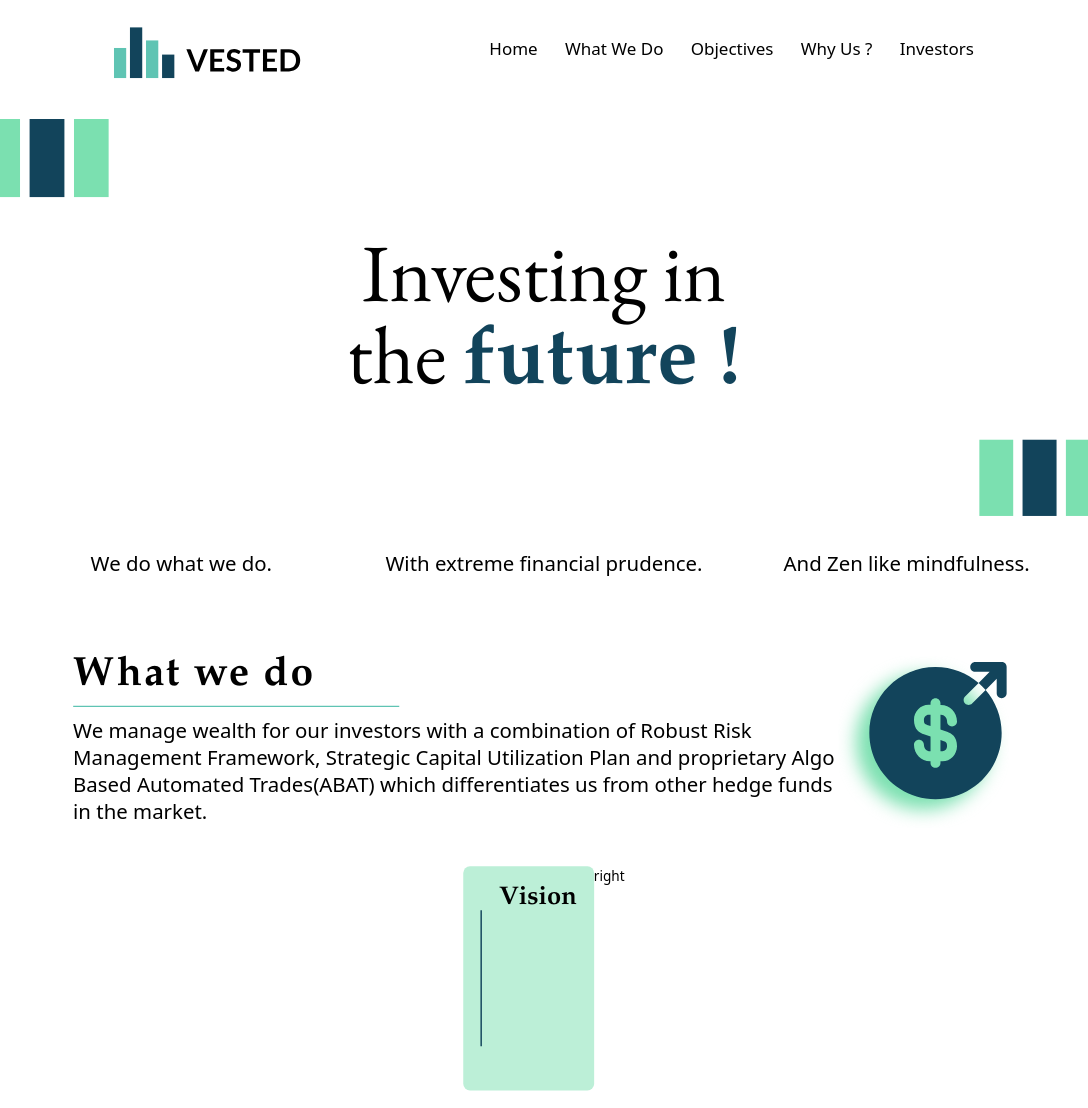
Repository: husainmamuwala/TippingPointsFinancial
Page: /
The author's editor kept a copy of each file at every save. The page is drawn from the files as they stood at one save, then again after the next save.
The browser window is 1280 px wide. The pictures show the whole page, at 85% of full size.
The project was rebuilt for these pictures with package versions that can differ from the ones it lists, and the page was loaded fresh each time. The framework's server and built-in components were replaced by stand-ins that run in the browser. Also part of the build but not shown: next.config.js.

Above is the page before, as saved 2022-10-15 18:53:00.

After the next save:
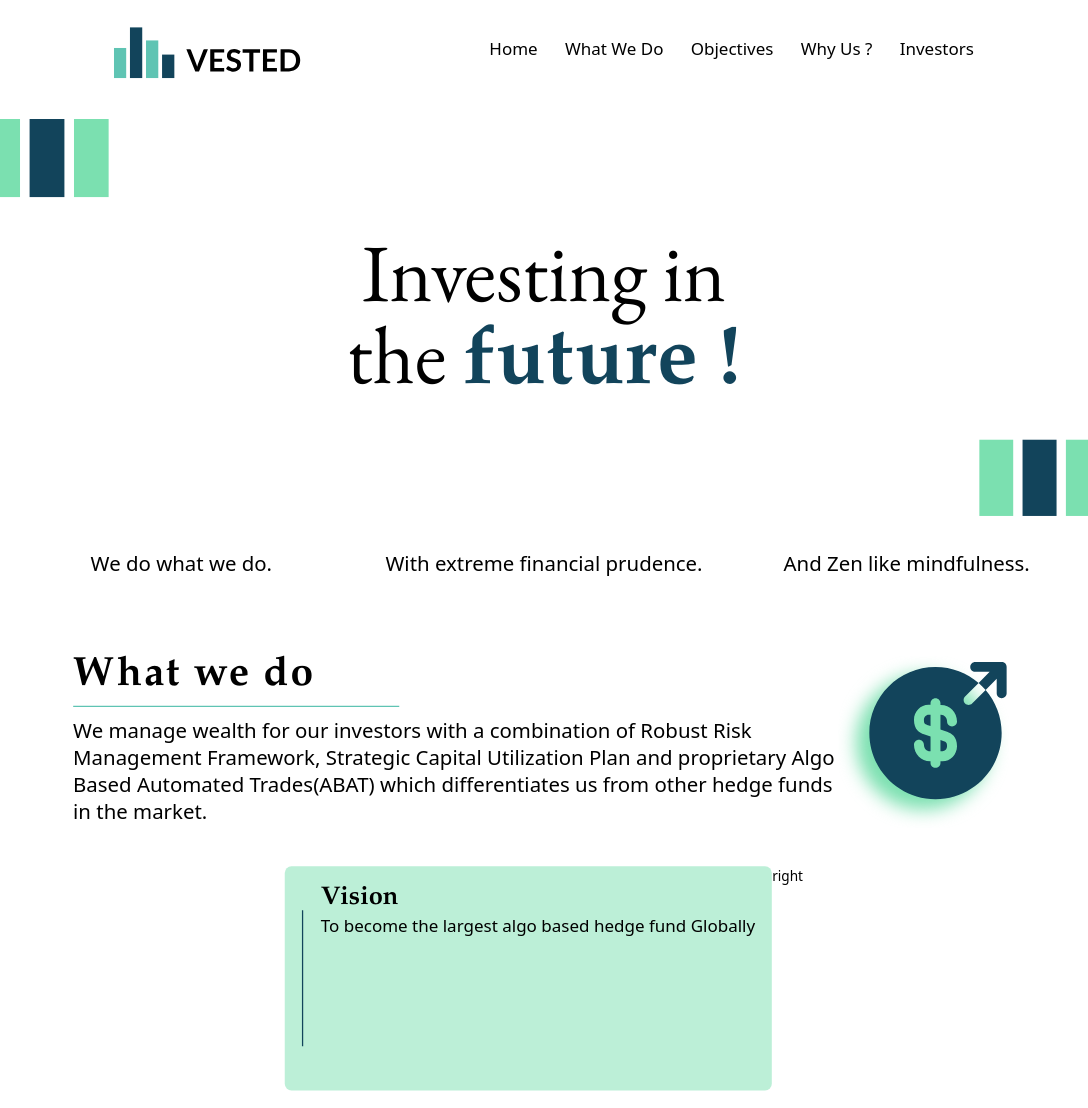
Saved 5 s later.
--- a/components/Objectives.jsx
+++ b/components/Objectives.jsx
@@ -17,7 +17,7 @@
                 Data.map((data)=>(
               <div>
                 <h1 className='text-3xl font-semibold font-garamond'>{data.title}</h1>
-                <p className='font-montserrat text-xl'>{}</p>
+                <p className='font-montserrat text-xl'>{data.desc}</p>
               </div>
                 ))}
           </div>
